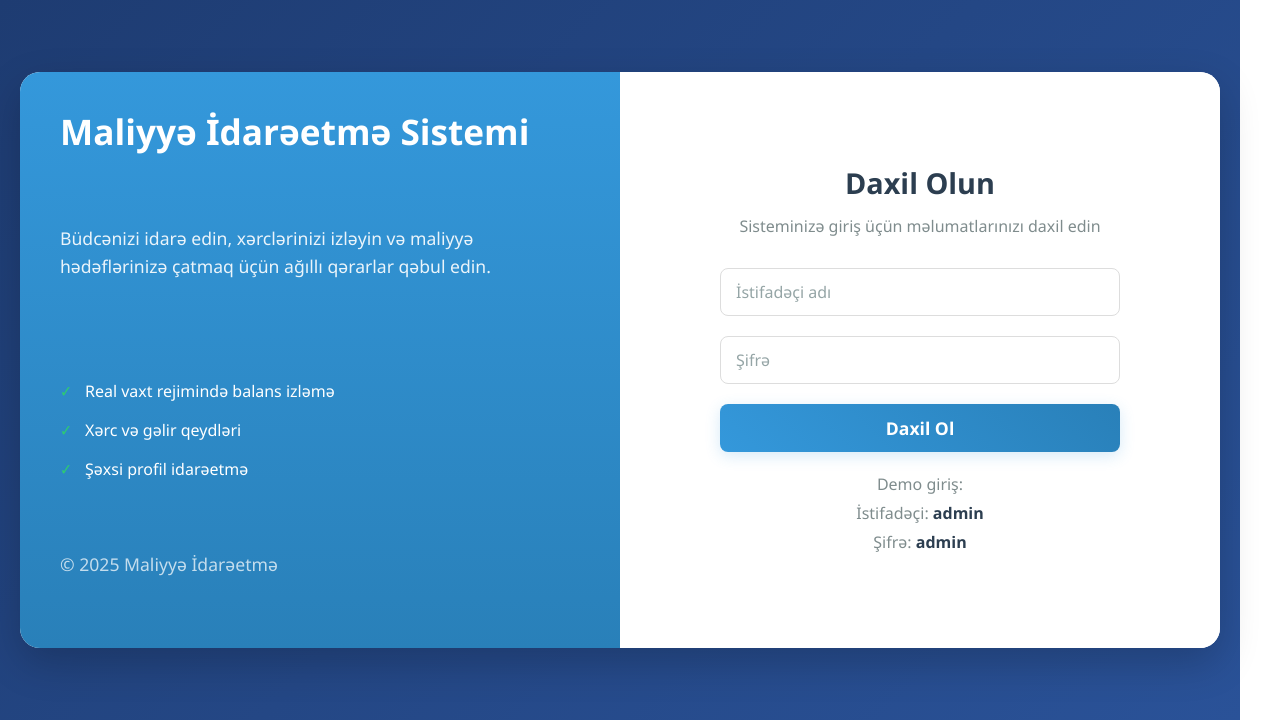
Repository: ferhadsultan98/financialmanagement
Page: /login
These files come from the project's save history. The page is drawn as it stood at one moment and after the next save; the edit follows.
The browser window is 1280 px wide. The pictures show the whole page.
The project was rebuilt for these pictures with package versions that can differ from the ones it lists, and the page was loaded fresh each time. Also part of the build but not shown: vite.config.js, src/Styles/Sidebar.scss, src/Components/Sidebar/Navbar.jsx, src/Components/Sidebar/ProfileModal.jsx, src/Components/Sidebar/Sidebar.jsx, src/Components/Layout/MainLayout.jsx, src/Pages/Home/Home.jsx, src/Pages/AddExpense/AddExpense.jsx and 2 more.

Above is the page before, as saved 2025-03-24 00:00:15.

After the next save:
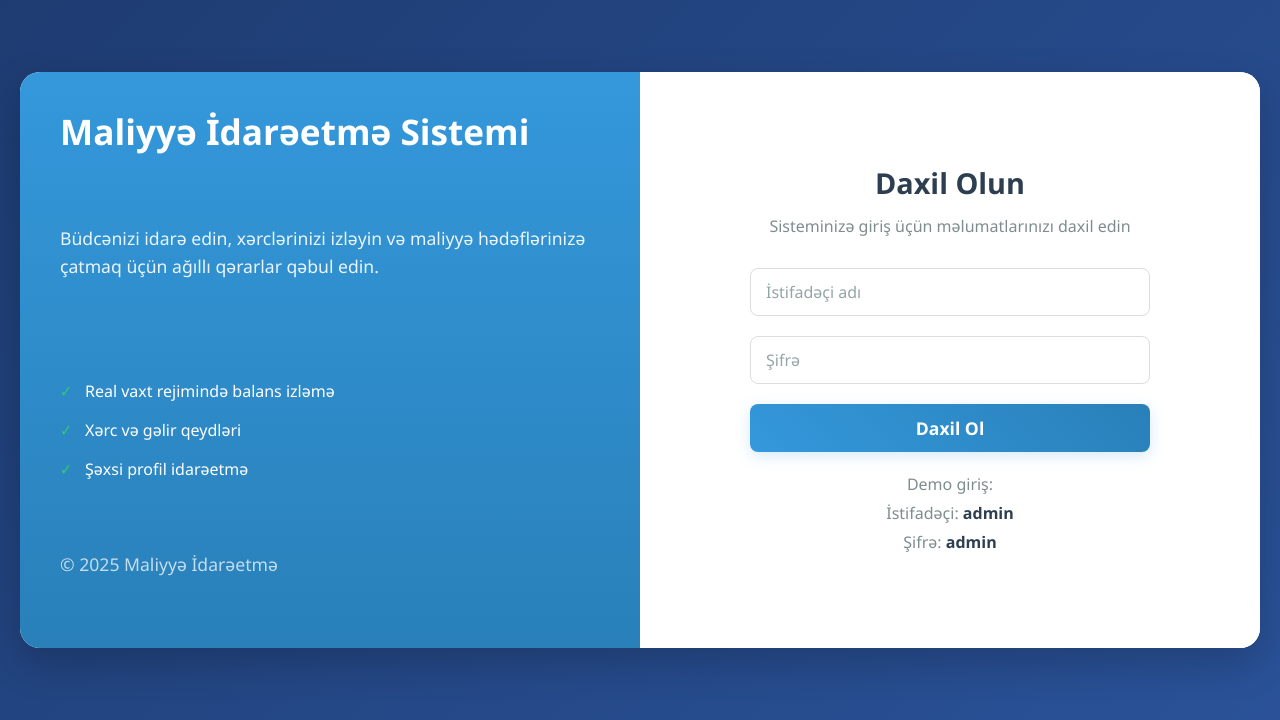
Saved 26 s later.
--- a/src/Components/Login/Login.scss
+++ b/src/Components/Login/Login.scss
@@ -11,7 +11,7 @@
 .login-wrapper {
   display: flex;
   width: 100%;
-  max-width: 1200px;
+
   height: 80vh;
   background: white;
   border-radius: 20px;
